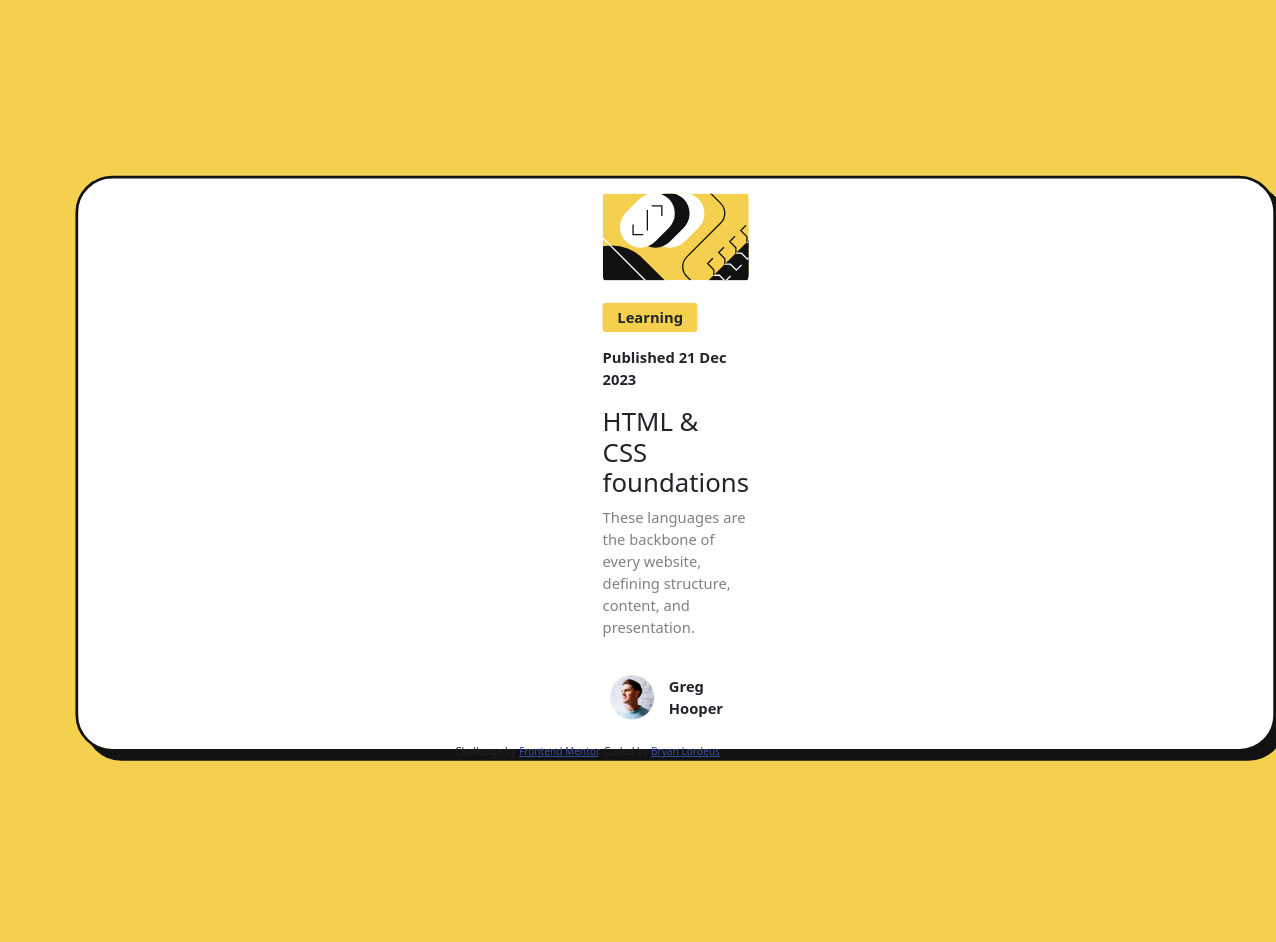
Repository: blordeus/blog-preview-card
Page: index.html
The author's editor kept a copy of each file at every save. The page is drawn from the files as they stood at one save, then again after the next save.
The browser window is 1280 px wide. The page is 1387 px wide, then 1280 px, so the pictures cover 1387 px, including what lies to the right of the window. The pictures show the whole page, at 92% of full size.
The style sheet was rebuilt from its Sass, Less or Tailwind sources for each picture, by a compiler version that may differ from the author's.

Above is the page before, as saved 2024-02-10 11:57:28.

### index.html
<!DOCTYPE html>
<html lang="en">
<head>
  <meta charset="UTF-8">
  <meta name="viewport" content="width=device-width, initial-scale=1.0"> <!-- displays site properly based on user's device -->

  <link rel="icon" type="image/png" sizes="32x32" href="./assets/images/favicon-32x32.png">
  <link rel="stylesheet" href="style.css">
  <link href="https://cdn.jsdelivr.net/npm/bootstrap@5.1.3/dist/css/bootstrap.min.css" rel="stylesheet" integrity="sha384-1BmE4kWBq78iYhFldvKuhfTAU6auU8tT94WrHftjDbrCEXSU1oBoqyl2QvZ6jIW3" crossorigin="anonymous">
  <title>Frontend Mentor | Blog preview card</title>

</head>
<body class="yellow-bg container">
<main class=" white-bg black-shadow row mx-auto py-3">
      <img class="img-header rounded-edges" src="assets\images\illustration-article.svg" alt="header image">
      <div class="mt-4">
        <p class="yellow-bg d-inline-block px-3 py-1 rounded fw-bold">Learning</p>
      </div>
      <p class="fw-bold">Published 21 Dec 2023</p>
      <h1 class="h3">HTML & CSS foundations</h1>
      <p class="grey-text">These languages are the backbone of every website, defining structure, content, and presentation.</p>

      <div class="d-flex gap-2 pt-2 align-items-center">
        <img class="greg" src="assets\images\image-avatar.webp" alt="author image">
        <p class="mt-3 fw-bold">Greg Hooper</p>
      </div>

</main>
<div class="attribution d-none d-sm-block translate-middle-y">
    Challenge by <a href="https://www.frontendmentor.io?ref=challenge" target="_blank">Frontend Mentor</a>.
    Coded by <a href="www.bryanlordeus.com">Bryan Lordeus</a>.
  </div>
</body>
</html>

### style.scss
@font-face {
    font-family: Figtree;
    src: url(./assets/fonts/Figtree-VariableFont_wght.ttf);
}

@font-face {
    font-family: Figtree-Italic;
    src: url(./assets/fonts/Figtree-Italic-VariableFont_wght.ttf) format("truetype");
    font-style: italic;
}

// Primary

$Yellow: hsl(47, 88%, 63%);

// Neutral

$White: hsl(0, 0%, 100%);
$Grey: hsl(0, 0%, 50%);
$Black: hsl(0, 0%, 7%);

//reset

* {
    margin: 0;
    padding: 0;
    box-sizing: border-box;
}

body {
    font-family: Figtree;
    //100vh
    height: 100vh;
    display: flex;
    flex-direction: column;
    justify-content: center;
    align-items: center;
}

main{
    border-radius: 10px;
    //translate vertically to center of screen
}

.rounded-edges {
    border-radius: 5%;
}

p {
    font-size: 16px;
}


.yellow-bg {
    background-color: $Yellow;

}

.black-bg {
    background-color: $Black;
}

//create a black shadow for the box that offsets to the right and bottom

.black-shadow {
    box-shadow: 10px 10px 0px $Black;
    border: 2px solid $Black;
}

.grey-text {
    color: $Grey;
}

.white-bg {
    background-color: $White;
}

.black-text {
    color: $Black;
}

.greg {
    scale: 0.75;
}

.attribution { font-size: 11px; text-align: center; }
.attribution a { color: hsl(228, 45%, 44%); }

//media query for desktop

@media (min-width: 768px) {
    .black-shadow {
        box-shadow: 10px 10px 0px $Black;
        border: 3px solid $Black;
    }

    body {
        padding: 40% 90%;
    }

    main {
        border-radius: 40px;
        //translate box to center of screen
        margin: auto;
        padding: 50%;
    }

    .rounded-edges {
        border-radius: 8%;
    }

}

After the next save:
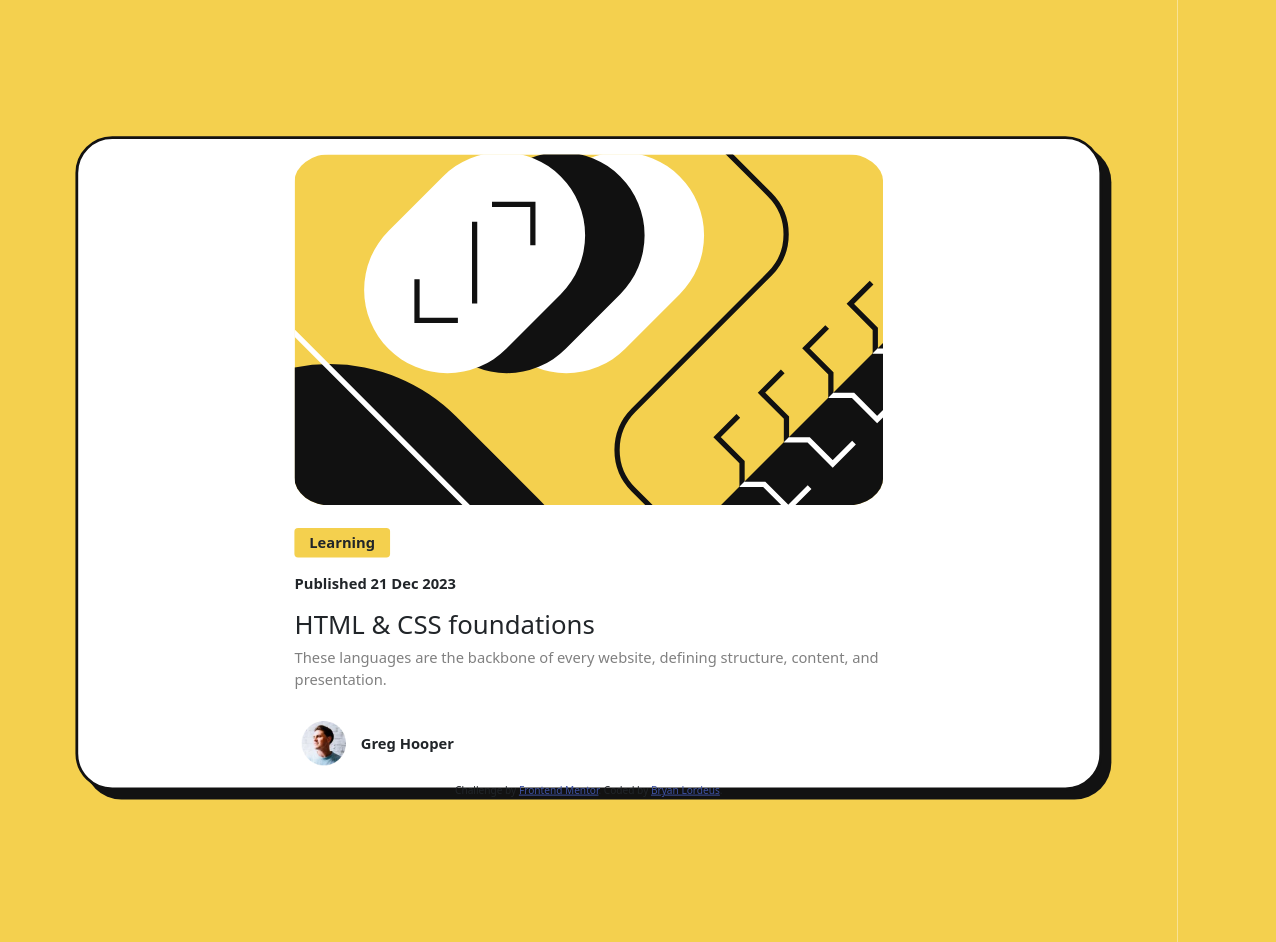
Saved 6 s later.
--- a/style.scss
+++ b/style.scss
@@ -102,7 +102,7 @@ p {
         border-radius: 40px;
         //translate box to center of screen
         margin: auto;
-        padding: 50%;
+        padding: 50% 20%;
     }
 
     .rounded-edges {
